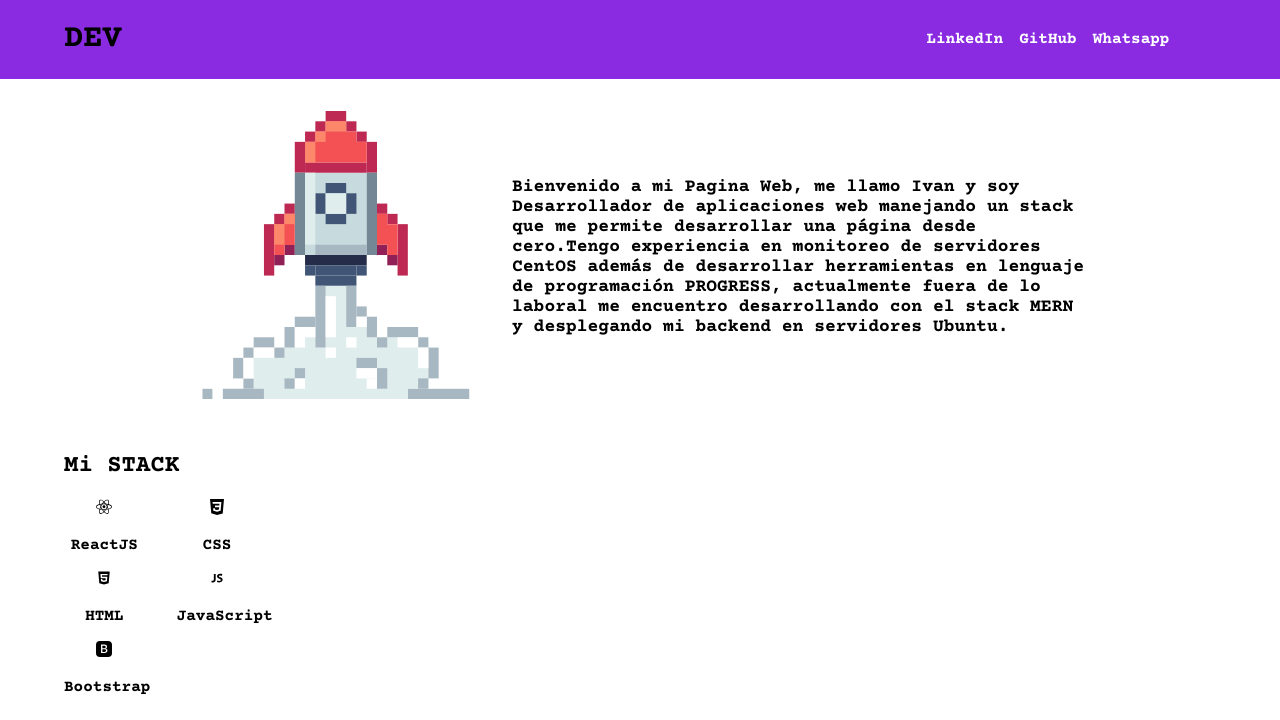
Repository: FxIvan/myweb
Page: /
An editor plug-in stored every save of this project. The page is shown before and after the next save, followed by the edit.
The browser window is 1280 px wide. The pictures show the whole page.
The project was rebuilt for these pictures with package versions that can differ from the ones it lists, and the page was loaded fresh each time.

Above is the page before, as saved 2022-11-03 11:45:44.

After the next save:
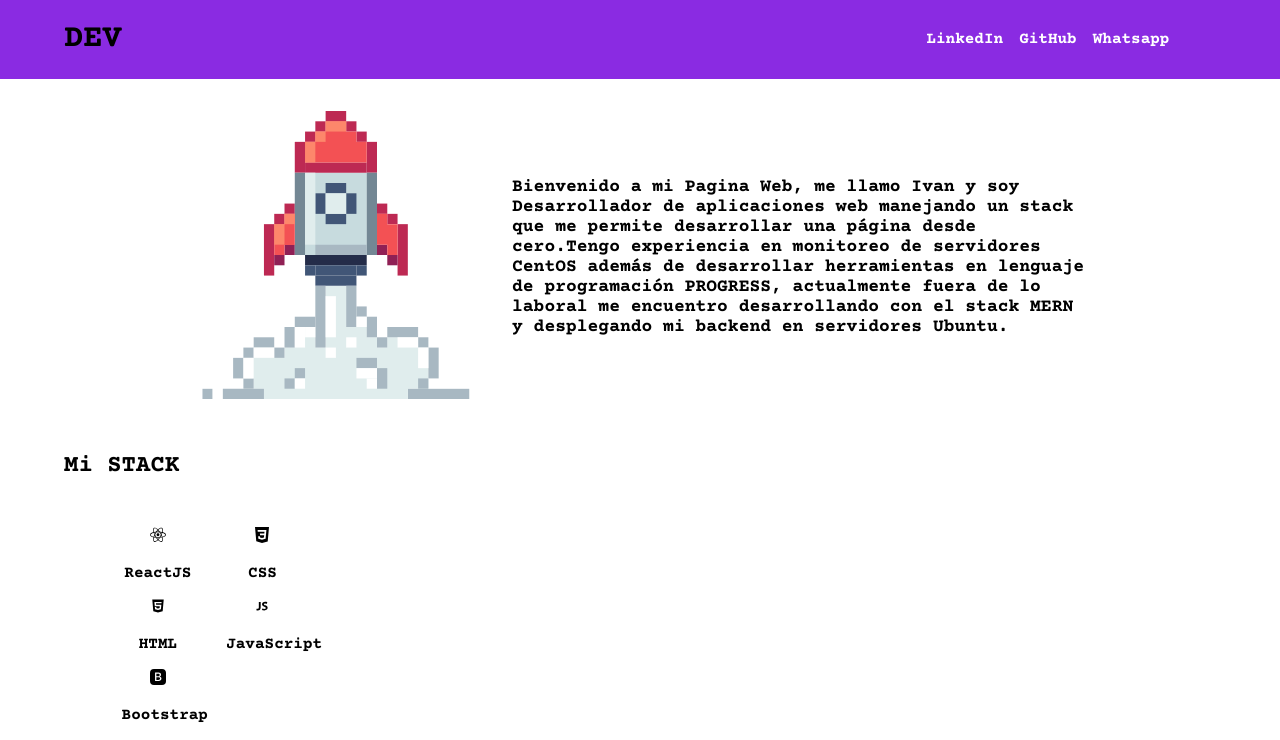
Saved 9 s later.
--- a/src/component/stack/stack.js
+++ b/src/component/stack/stack.js
@@ -13,7 +13,7 @@
                 <div>
                     <h2>Mi STACK</h2>
                 </div>
-                <div>
+                <div className='container-stack'>
                 <div>
                     <div>
                         <div className='box-container-1'>

After the save that followed:
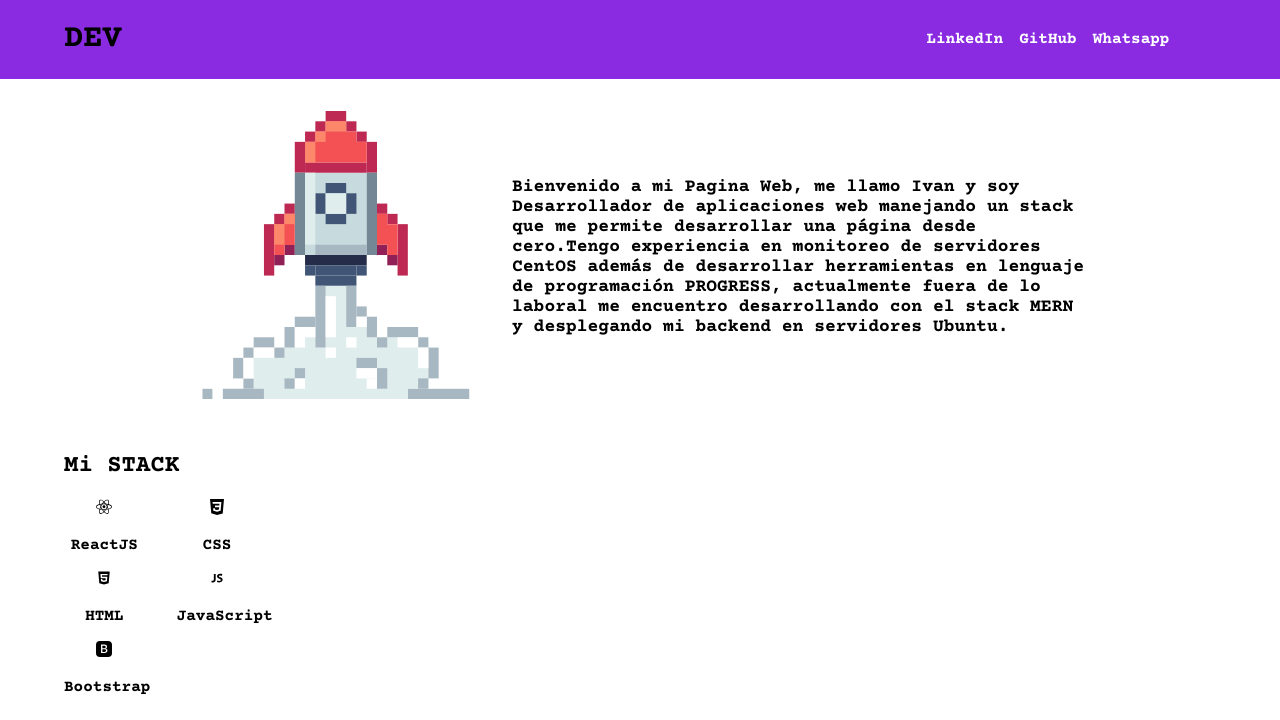
Saved 14 s later.
--- a/src/component/stack/stack.js
+++ b/src/component/stack/stack.js
@@ -13,7 +13,7 @@
                 <div>
                     <h2>Mi STACK</h2>
                 </div>
-                <div className='container-stack'>
+                <div className='container-stack-icons'>
                 <div>
                     <div>
                         <div className='box-container-1'>
